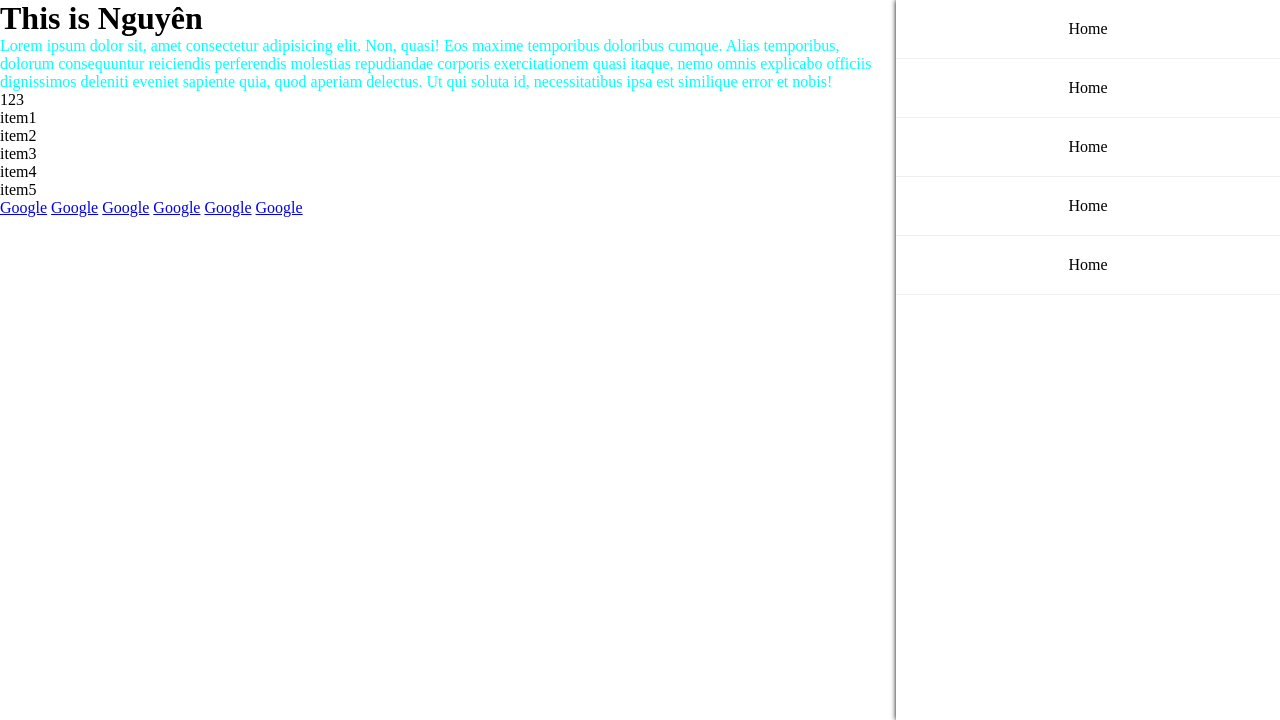
Repository: KhoiNguyen77/JS-C-Ba-n
Page: index.html
These files come from the project's save history. The page is drawn as it stood at one moment and after the next save; the edit follows.
The browser window is 1280 px wide. The pictures show the whole page.

Above is the page before, as saved 2023-03-29 17:50:40.

### index.html
<!DOCTYPE html>
<html lang="en">
  <head>
    <meta charset="UTF-8" />
    <meta http-equiv="X-UA-Compatible" content="IE=edge" />
    <meta name="viewport" content="width=device-width, initial-scale=1.0" />
    <title>Document</title>
    <link rel="stylesheet" href="index.css" />
    <link rel="stylesheet" href="reset.css" />
  </head>
  <body>
    <h1>This is Nguyên</h1>

    <ul class="menu">
      <li class="menu-item">
        <a href="#" class="menu-link">Home</a>
      </li>
      <li class="menu-item">
        <a href="#" class="menu-link">Home</a>
      </li>
      <li class="menu-item">
        <a href="#" class="menu-link">Home</a>
      </li>
      <li class="menu-item">
        <a href="#" class="menu-link">Home</a>
      </li>
      <li class="menu-item">
        <a href="#" class="menu-link">Home</a>
      </li>
    </ul>
    <div style="width: 70%;">
      <div class="container a b c">
        Lorem ipsum dolor sit, amet consectetur adipisicing elit. Non, quasi!
        Eos maxime temporibus doloribus cumque. Alias temporibus, dolorum
        consequuntur reiciendis perferendis molestias repudiandae corporis
        exercitationem quasi itaque, nemo omnis explicabo officiis dignissimos
        deleniti eveniet sapiente quia, quod aperiam delectus. Ut qui soluta id,
        necessitatibus ipsa est similique error et nobis!
      </div>
      <div id="spinner" style="color: red">123</div>
      <ul>
        <li class="item item1">item1</li>
        <li class="item item2">item2</li>
        <li class="item item3">item3</li>
        <li class="item item4">item4</li>
        <li class="item item5">item5</li>
      </ul>
      <a href="gooogle.com.vn" class="link">Google</a>
      <a href="gooogle.com.vn" class="link">Google</a>
      <a href="gooogle.com.vn" class="link">Google</a>
      <a href="gooogle.com.vn" class="link">Google</a>
      <a href="gooogle.com.vn" class="link">Google</a>
      <a href="gooogle.com.vn" class="link">Google</a>
    </div>

    <style>
      .container.active {
        color: aqua;
      }
    </style>
    <script src="./index.js"></script>
  </body>
</html>

### index.css
*{
    margin: 0;
    padding: 0;
    box-sizing: border-box;
}

.menu {
    width: 30%;
    position: fixed;
    top: 0;
    right: 0;
    bottom: 0;
    box-shadow: 0 0 5px;
    list-style: none;
    transform: translateX(100%);
    transition: transform 0.25s linear;
}

.menu.is-show{
    transform: none;
}
.menu-link {
    padding: 20px;
    display: block;
    color: black;
    text-align: center;
    border-bottom: 1px solid #eee;
    text-decoration: none;
}

### index.js
// Function

compare = (a = 0, b = 0) => {
  if (typeof a !== "number" || typeof b !== "number") return 0;
  return Math.max(a, b);
};
console.log(compare(5, 10));

upperCase = (a = "") => {
  if (typeof a !== "string") {
    return console.log("Vui lòng nhập vào chữ");
  }
  let newWord = a.toLowerCase().charAt(0).toUpperCase();
  return newWord + a.toLowerCase().slice(1);
};
console.log(upperCase("nguyen"));

compare2 = (a, b, callback) => {
  let max = compare(a, b);
  callback(max);
};
inMax = (num) => {
  console.log(num);
};
console.log(compare2(500, 1000, inMax));
//  Date
// B1: viết chương trình nhập vào ngày tháng năm sinh và in ra
function getAge(year) {
  if (typeof year !== "number") {
    console.log("Vui lòng nhập đúng năm");
  }
  const thisYear = new Date().getFullYear();
  return thisYear - year;
}
const age2 = getAge(2000);
console.log(`Tuổi của bạn là ${age2} `);
// Bài 2:
// function countDown(minute = 0) {
//   let second = minute * 60;
//   let count = 0;
//   const countUp = setInterval(() => {
//     count += 1;
//     console.log(count);
//     if (count === second) {
//       alert("bạn đã hết giờ làm bài");
//       clearInterval(countUp);
//     }
//   }, 1000);
// }
// countDown(0.2);
// Bài 3:
function timeSince(time) {
  const now = new Date();
  const since = new Date(time);
  const truTime = Math.floor((now.getTime() - since.getTime()) / 1000);
  let quyDoiTime = truTime / 32140800;
  if (quyDoiTime > 1) {
    console.log(`${Math.floor(quyDoiTime)} năm trước`);
  }
  quyDoiTime = truTime / 2678400;
  if (quyDoiTime > 1 && truTime <= 32140800) {
    console.log(`${Math.floor(quyDoiTime)} tháng trước`);
  }
  quyDoiTime = truTime / 604800;
  if (quyDoiTime > 1 && truTime <= 2678400) {
    console.log(`${Math.floor(quyDoiTime)} tuần trước`);
  }
  quyDoiTime = truTime / 86400;
  if (quyDoiTime > 1 && truTime < 604800) {
    console.log(`${Math.floor(quyDoiTime)} ngày trước`);
  }
  quyDoiTime = truTime / 3600;
  if (quyDoiTime > 1 && truTime <= 86400) {
    console.log(`${Math.floor(quyDoiTime)} giờ trước`);
  }
  quyDoiTime = truTime / 60;
  if (quyDoiTime > 1 && truTime < 3600) {
    console.log(`${Math.floor(quyDoiTime)} phút trước`);
  }
}
// 1 năm: 32140800
// 1 tháng:2678400
// 1 tuần:604800
// 1 ngày:86400
// 1 giờ : 3600
// 1 phút: 60
timeSince("Thu Mar 23 2023 14:47:43 GMT+0700");
//
const array = [1, 2, 3, 4, 5, 6, 7, 8];
a = array.find((x) => x > 3);
b = array.findIndex((x) => x > 3);
console.log(a);
console.log(b);
const list = [4, 5, 6, 7, 8, 9, 1, 3, 5, 6];
console.log(list.map((x) => x * 2));
const listTripple = [];

const number = [1, 2, 3, 4, 5, 6, 7, 8];
const test = number.filter((x) => x > 2);
console.log(test);
// Đảo ngược một chuỗi
// VD : "My name is evondev" => VD: "evondev is name My"
function reverseString(str) {
  if (!str) return null;
  console.log(str.split(" ").reverse().join(" "));
}

reverseString("My name is evondev");
// Đảo ngược một chuỗi bao gồm các kí tự.
//  VD: "i love" => evol i

function reverse(str) {
  if (!str) return null;
  console.log(str.split("").reverse().join(""));
}
reverse("i love");
capitalizeWord = (item) => {
  let upper = item.charAt(0).toUpperCase();
  let lower = item.slice(1).toLowerCase();
  return `${upper}${lower}`;
};
// Capitalize 1 chuỗi: VD "my name is evondev" => "My Name Is Evondev"
capitalizeStr = (str) => {
  let layChuoi = str.split(" ");
  let inHoaStr = layChuoi.map((item) => capitalizeWord(item));
  return console.log(inHoaStr.join(" "));
};

let strMau = "my name is evondev";
capitalizeStr(strMau);
// let layStr = strMau.split(" ");
// console.log(layStr);
// let example = layStr.map(
//   item => {
//     let newWord  = item.charAt(0).toUpperCase();
//     let secondWord = item.slice(1).toLowerCase();
//     return `${newWord}${secondWord}`;
//   }
// );
// let kq = example.join(" ")
// console.log(example);
// console.log(kq);

//  Bài tập cơ bản về vòng lặp for
// sao chép 1 mảng bằng vòng lặp for
let numbers = [1, 2, 3, 4, 5, 6, 7, 8, 9, 10];
let kq = [];
for (let i = 0; i < numbers.length; i++) {
  kq.push(numbers[i]);
}
let string1 = "i love";
ketquaString = "";

for (i = string1.length - 1; i >= 0; i--) {
  ketquaString += string1[i];
  console.log(ketquaString);
}

//  Bài tập chương 6 số 1 và 2
let arrayB1 = [
  1,
  1000,
  false,
  null,
  "evondev",
  "",
  undefined,
  "javascript",
  [1, 2, 3],
];
// ketquaB1 = arrayB1.map((item) => {
// //   if (item) {
// //     ketquaB1.push(item);
// //   }
// // });

// // console.log(ketquaB1);
let filterArray = arrayB1.filter((item) => Boolean(item));
console.log(filterArray);

let arrayB2 = [
  [1, 2, 3, [false, null]],
  [1, 5, 6, ["javascript"]],
  [888, 666, [90]],
];
//
const result = arrayB2.flat(2).filter((item) => Boolean(item));
console.log(result);
// Bài 3: Đào ngược số nguyên. Ví dụ 1234 ==> 4321

reverseNumber = (num) => {
  let numToStr =
    parseInt(num.toString().split("").reverse().join("")) * Math.sign(num);
  console.log(numToStr);
};
reverseNumber(-12345);

fizzBuzz = (num) => {
  for (let i = 1; i < num; i++) {
    if (i % 2 === 0) {
      console.log("Fizz");
    } else if (i % 3 === 0) {
      console.log("Buzz");
    } else if (i % 2 === 0 && i % 3 === 0) {
      console.log("FizzBuzz");
    }
  }
};
fizzBuzz(4);

// Bài 4:

checkStr = (str) => {
  let character = "aoeui";
  let count = 0;
  for (let c of str) {
    if (character.includes(c)) count += 1;
  }
  console.log(count);
};
checkStr("evondev");

// Bài 5
let arraySo = [1, 2, 3, 1, 1, 1, 2, 2, 2, 5, 5, 5, 7, 7, 6]; // kết quả trả về là [1,2,3,4,5,6,7]

uniqueSo = (arrSo) => {
  let uniqueArray = [];
  for (let i = 0; i < arrSo.length; i++) {
    if (!uniqueArray.includes(arrSo[i])) uniqueArray.push(arrSo[i]);
  }
  console.log(uniqueArray);
};
uniqueSo(arraySo);

//  Bài 7: Viết 1 function xử lý từ 1 mảng lớn thành nhiều mảng con dựa vào một số nguyên đầu vào. Ví dụ
// ([1,2,3,4,5],2) => [[1,2],[3,4],[5,6]]
let mang = [1, 2, 3, 4, 5, 6];

phanMang = (arr, num) => {
  let result = [];
  let index = 0;
  while (index < arr.length) {
    result.push(arr.slice(index, num + index));
    index = index + num;
    console.log(result);
  }
};

phanMang(mang, 4);

let user = {
  firstName: "Nguyên",
};
let user2 = Object.assign(user);

//  TH1: This ở đây sẽ đề cập tới object, key gần nhất
let student2 = {
  name: "evondev",
  schol: "Cao Thang",
  age: 27,
  male: true,
  "last-name": "tuan",
  hi: function () {
    console.log(`my name is ${this.name} and I'm ${this.age} years old`);
  },
  fullName: {
    name: "Tran Anh Tuan",
  },
};
student2.hi();
// Optional chaining
console.log(student2.fullName); //trả về undefined nếu như key không tồn tại
// console.log(student2.fullName.name); //trả về Cannot read properties of undefined (reading 'name')
if (student2.fullName) {
  if (student2.fullName.name) {
    console.log(student2.fullName.name);
  }
}

// student2.fullName?.name ==> Nếu có key là full name thì mới chạy qua .name
console.log(student2.fullName?.name);

// Destructuring object
//  const {name, age, male} = student2;

let { name, age, male, ...rest } = student2;
console.log(name, age, male, rest);

let objNew = {
  name: "evondev",
  school: "Cao Thang",
  age: 27,
};
function whatYourInfo2({ name, age, school }) {
  console.log(name, age, school);
}

whatYourInfo2(objNew);
function whatYourInfo(obj) {
  console.log((obj.name, obj.age, obj.school));
}

// BT Object
//  Viết 1 function kiểm tra value có phải là object hay không
//  {} [] null ==> đều là type object

isObject = (value) => {
  if (typeof value === "object" && !Array.isArray(value) && value !== null) {
    return true;
  }
  return false;
};
console.log(isObject(null));

// BT 2: {a: 1, b:2} => [["a":1], ["b":2]]

objectToArray = (obj) => {
  if (!isObject(obj)) return;
  let result = Object.entries(obj);
  console.log(result);
};
objectToArray({
  a: 1,
  b: 2,
  c: 3,
});

// BT 3: Viết phương thức without. VD {{a: 1, b:2}, b} => {a:1}

without = (obj, ...key) => {
  let copyObj = { ...obj };
  key.forEach((item) => delete copyObj[item]);
  let result = copyObj;
  console.log(result);
};
without(
  {
    a: 1,
    b: 2,
    c: 3,
  },
  "b"
);

// BT 4: Viết 1 function để kiểm tra 2 object truyền vào có bằng nhau không

isEqualOBject = (obj1, obj2) => {
  let objKey1 = Object.keys(obj1);
  let objKey2 = Object.keys(obj2);
  if (objKey1.length !== objKey2.length) return false;   //check length của mảng
  let result = objKey1.every((key) => obj1[key] === obj2[key]); ///duyệt value qua từng key
  console.log(result);
  return result;
};

isEqualOBject(
  {
    a: 1,
    b: 2,
  },
  { a: 1, b: 2 }
);

// Node selector:
const singleNode = document.querySelector("h1");
const singleNode2 = document.querySelector(".container");
const singleNode3 = document.querySelector("#spinner");
console.log(singleNode);
console.log(singleNode3);
console.log(singleNode2);

// Multinode:
const multiNode = document.querySelectorAll(".item");
console.log(multiNode);


// Getattribute() bằng node:

let link = document.querySelector(".link");
console.log(link.getAttribute("href"));

// get attribute bằng NodeList
let listLi = document.querySelectorAll(".item");
listLi.forEach(item => {
  console.log(item.getAttribute("class"));
})


// setAttribute() bằng node:
link.setAttribute("target", "_blank");

//setAttribute bằng NodeList;
let link2 = document.querySelectorAll("a.link");
link2.forEach(item => item.setAttribute("target", "_blank"))

// removeAttribute

const p = document.querySelector("#spinner");
p.removeAttribute("style")

// hasAttribute
console.log(p.hasAttribute("class")); // ==> false
console.log(p.hasAttribute("id")); // ==> true

// Thêm class
// cú pháp: selector.classList.add("abc");

const container = document.querySelector(".container");  //chỉ truyền được vào 1 class
container.classList.add("active");

//Xóa class
//cú pháp: selector.classList.remove("abc");
container.classList.remove("active"); //chỉ truyền được vào 1 class


// kiểm tra có chứa class hay không
// cú pháp: selector.classList.contains("abc"); ==> kiểm tra xem có chứa class abc không

console.log((container.classList.contains("active"))); // trả về false
console.log((container.classList.contains("container"))); // trả về true

// Toggle menu
// Cú pháp: selector.classList.toggle("abc"); ==> nếu đã có class rồi thì remove, không có thì add vào
container.classList.toggle("active");


// Lấy các class name của 1 thẻ
// cú pháp: selector.className => trả ra các chuỗi selector
const title = document.querySelector(".container");
console.log(title.className);

// Làm toggle menu
const menuToggle = document.querySelector(".menu");
menuToggle.classList.add("is-show");

Loaded but not shown: reset.css (no stored copy; drawn as an empty file)

After the next save:
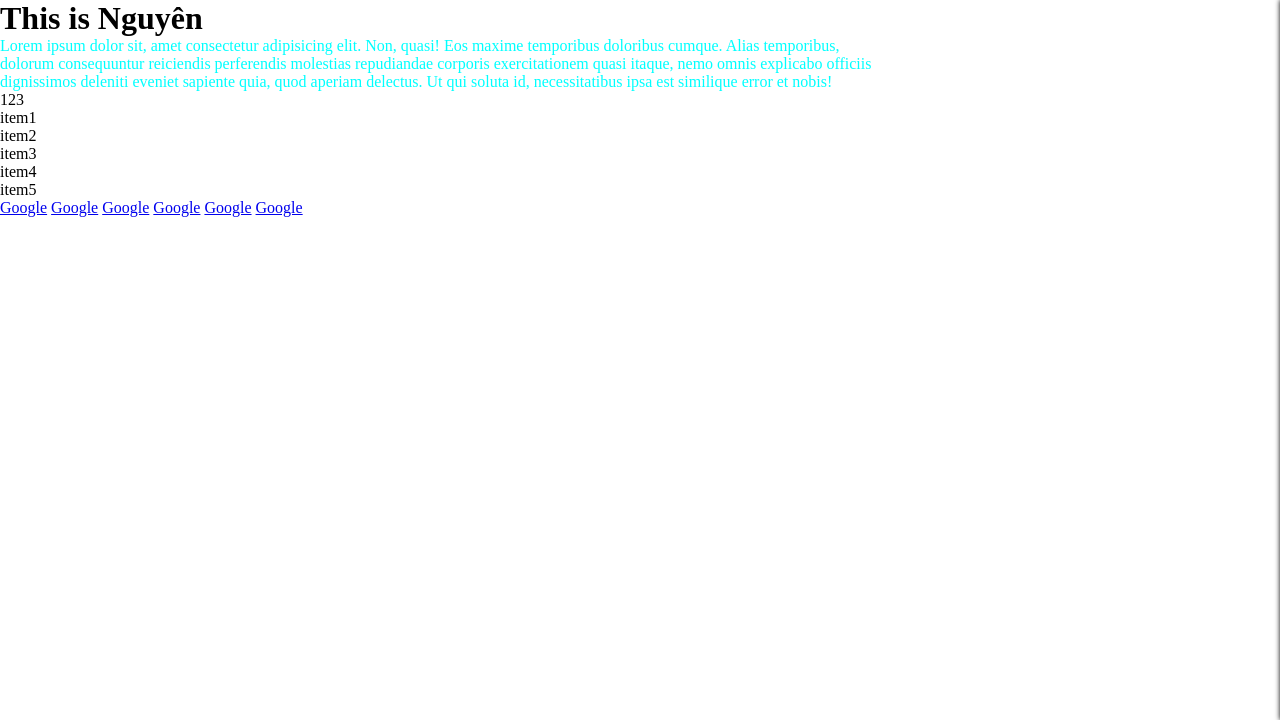
Saved 36 s later.
--- a/index.js
+++ b/index.js
@@ -432,3 +432,5 @@ console.log(title.className);
 // Làm toggle menu
 const menuToggle = document.querySelector(".menu");
 menuToggle.classList.add("is-show");
+
+menuToggle.classList.toggle("is-show");
